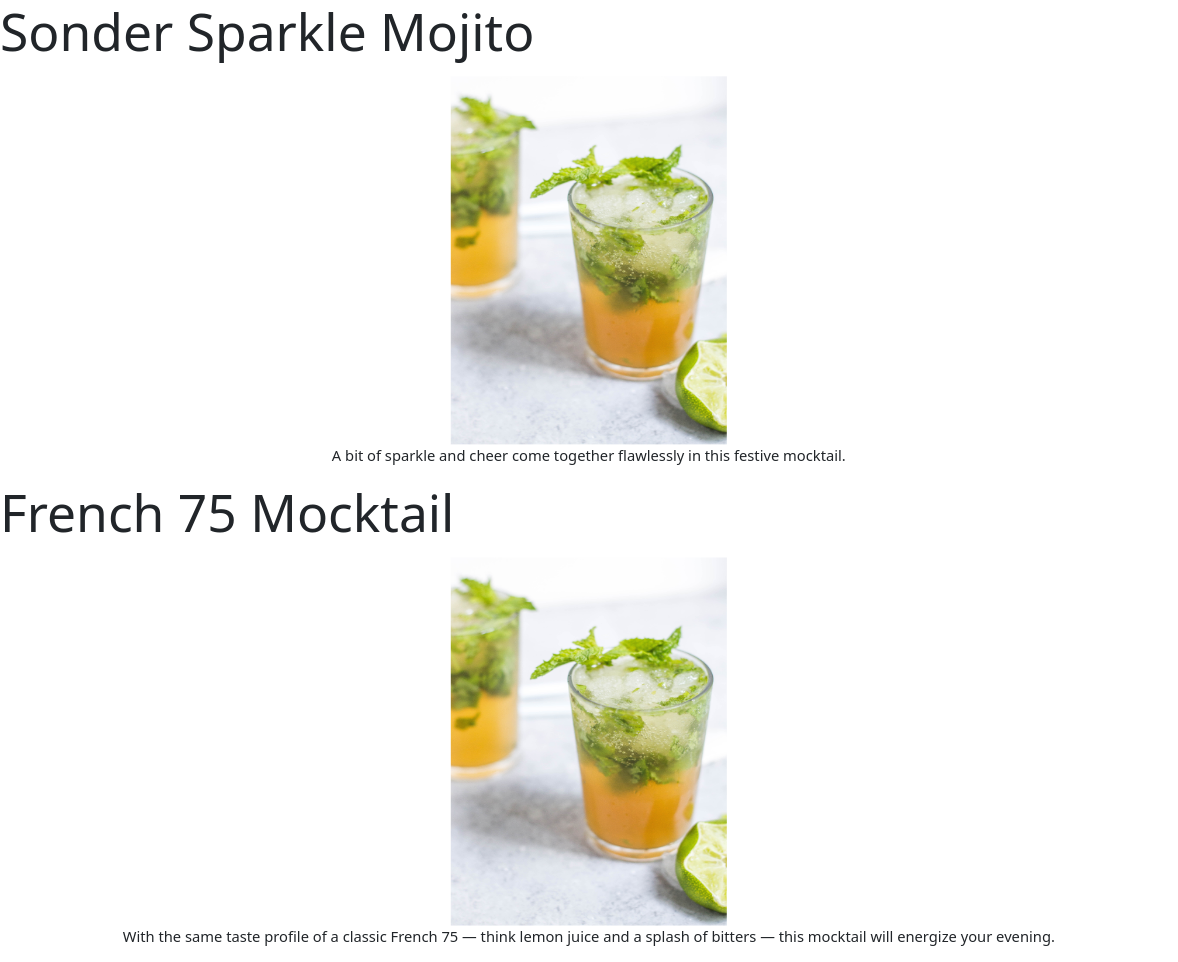
Repository: Flatbook/sliced_bread
Page: http://localhost/
These files come from the project's save history. The page is drawn as it stood at one moment and after the next save; the edit follows.
The browser window is 1280 px wide. The pictures show the whole page, at 92% of full size.
Some web libraries are served in a nearby version. The page is served by the project's application, run on Flask 3 (app.py). Other server files are loaded and not shown.

Above is the page before, as saved 2021-05-15 23:24:31.

### flask_project/templates/home.html
{% extends "layout.html" %}
{% block content %}
    {% for drink in drinks %}
        <p class="display-4" style="padding: 10 10">{{drink.title}}</p>
        <img src="{{ user_image }}" width="300" height="400" class="mx-auto d-block"/>

        <p style="text-align: center" >{{drink.description}}</p>
    {% endfor %}
{% endblock %}

### flask_project/templates/layout.html
<!DOCTYPE html>
<html lang="en">
<head>
    <meta charset="UTF-8">
    <meta http-equiv="X-UA-Compatible" content="IE=edge">
    <meta name="viewport" content="width=device-width, initial-scale=1.0">
    <!-- <link rel = "stylesheet" href="{{ url_for('static', filename='css/main.css') }}"> -->
    <link href="https://cdn.jsdelivr.net/npm/bootstrap@5.0.1/dist/css/bootstrap.min.css" rel="stylesheet" integrity="sha384-+0n0xVW2eSR5OomGNYDnhzAbDsOXxcvSN1TPprVMTNDbiYZCxYbOOl7+AMvyTG2x" crossorigin="anonymous">
    <title>Greatest Beverage </title>
</head>
<body>
    {% block content %} {% endblock %}

 <!-- Optional JavaScript -->
    <!-- jQuery first, then Popper.js, then Bootstrap JS -->
    <script src="https://code.jquery.com/jquery-3.2.1.slim.min.js" integrity="sha384-KJ3o2DKtIkvYIK3UENzmM7KCkRr/rE9/Qpg6aAZGJwFDMVNA/GpGFF93hXpG5KkN" crossorigin="anonymous"></script>
    <script src="https://cdnjs.cloudflare.com/ajax/libs/popper.js/1.12.9/umd/popper.min.js" integrity="sha384-ApNbgh9B+Y1QKtv3Rn7W3mgPxhU9K/ScQsAP7hUibX39j7fakFPskvXusvfa0b4Q" crossorigin="anonymous"></script>
    <script src="https://maxcdn.bootstrapcdn.com/bootstrap/4.0.0/js/bootstrap.min.js" integrity="sha384-JZR6Spejh4U02d8jOt6vLEHfe/JQGiRRSQQxSfFWpi1MquVdAyjUar5+76PVCmYl" crossorigin="anonymous"></script>
</body>
</html>

### flask_project/app.py
from flask import Flask, render_template
from form import checkoutForm
import os
app = Flask(__name__)

imagesFolder = os.path.join('static','images')

app.config['SECRET_KEY'] = "my secret key"
app.config['UPLOAD_FOLDER'] =imagesFolder


drinks =[{
    'title' : 'Sonder Sparkle Mojito',
    'description': 'A bit of sparkle and cheer come together flawlessly in this festive mocktail.'

},
{
    'title': 'French 75 Mocktail',
    'description': 'With the same taste profile of a classic French 75 — think lemon juice and a splash of bitters — this mocktail will energize your evening.'
}
]

@app.route("/")
def hello_world():
    drink2 = os.path.join(app.config['UPLOAD_FOLDER'],'drink2.jpg')
    return render_template('home.html',drinks=drinks,user_image = drink2)

@app.route("/btform")
def btform():
    return render_template('btform.html')

@app.route("/checkout",methods =['GET','POST'])
def checkout():
    name = None
    lname = None
    form = checkoutForm()
    #  #validate form
    if form.validate_on_submit():
        return 'Dear {}, your order for {} drinks is placed Succesfully.'.format(form.name.data,form.lname.data)
    return render_template("checkout.html",
     name=name,form = form)




if __name__ == '__main__':
    app.run(debug=True)

After the next save:
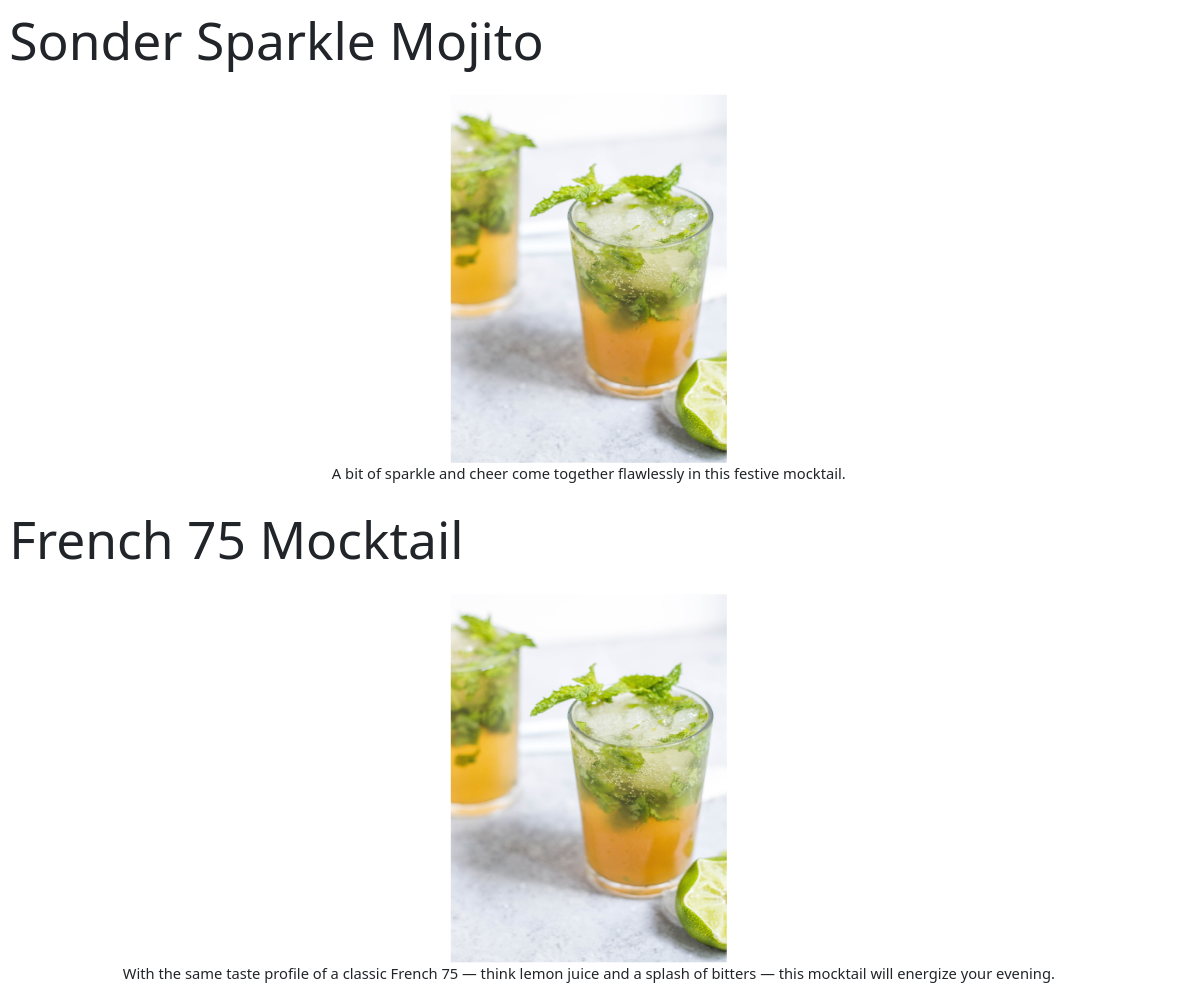
Saved 10 s later.
--- a/flask_project/templates/home.html
+++ b/flask_project/templates/home.html
@@ -1,7 +1,7 @@
 {% extends "layout.html" %}
 {% block content %}
     {% for drink in drinks %}
-        <p class="display-4" style="padding: 10 10">{{drink.title}}</p>
+        <p class="display-4" style="padding: 10px 10px">{{drink.title}}</p>
         <img src="{{ user_image }}" width="300" height="400" class="mx-auto d-block"/>
 
         <p style="text-align: center" >{{drink.description}}</p>
